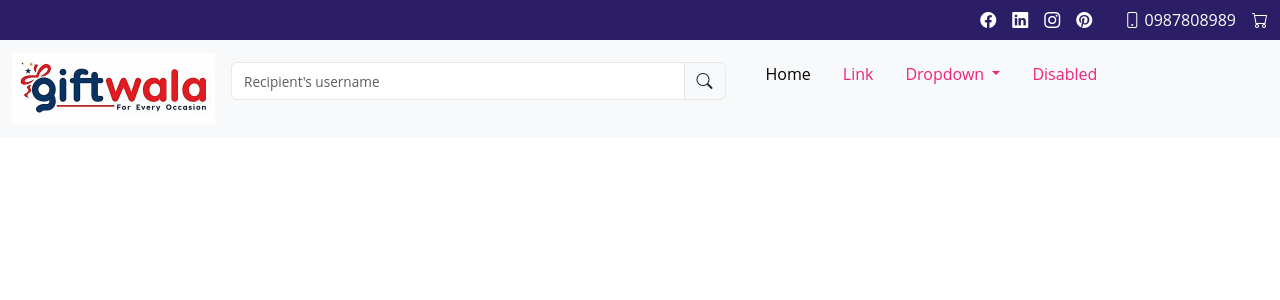
Repository: mangalravi/GiftWala
Page: index.html
An editor plug-in stored every save of this project. The page is shown before and after the next save, followed by the edit.
The browser window is 1280 px wide. The pictures show the whole page.
The style sheet was rebuilt from its Sass, Less or Tailwind sources for each picture, by a compiler version that may differ from the author's.

Above is the page before, as saved 2024-07-07 15:59:17.

### index.html
<!DOCTYPE html>
<html lang="en">
  <head>
    <meta charset="UTF-8" />
    <meta name="viewport" content="width=device-width, initial-scale=1.0" />
    <title>GiftWala</title>

    <link
      rel="apple-touch-icon"
      sizes="180x180"
      href="content/images/fabicon.png"
      alt="fabicon"
    />
    <link
      rel="icon"
      type="image/png"
      sizes="32x32"
      href="content/images/fabicon.png"
      alt="fabicon"
    />
    <link
      rel="icon"
      type="image/png"
      sizes="16x16"
      href="content/images/fabicon.png"
      alt="fabicon"
    />
    <link
      rel="publication"
      href=""
      crossorigin="use-credentials"
      type="application/manifest+json"
    />
    <meta name="msapplication-TileColor" content="#da532c" />
    <meta name="theme-color" content="#ffffff" />

    <link rel="icon" href="content/images/logo/favicon.png" type="image/png" />
    <link rel="stylesheet" href="content/css/bootstrap-icons.css" />
    <link rel="stylesheet" href="content/bootstrap/css/bootstrap.min.css" />
    <link rel="stylesheet" href="content/css/font-family.css" />
    <link rel="stylesheet" href="content/css/aos.css" />
    <link rel="stylesheet" href="content/css/custom.css" />
  </head>
  <body>
    <header>
      <div class="tophdr">
        <div class="container-fluid d-flex justify-content-end">
          <ul class="tpmnul">
            <li>
              <ul class="social-link">
                <li>
                  <a
                    href="#"
                    rel="noopener noreferrer"
                    target="_blank"
                    aria-label="Facebook"
                    class="fb"
                    ><i class="bi bi-facebook"></i
                  ></a>
                </li>
                <li>
                  <a
                    href="#"
                    rel="noopener noreferrer"
                    target="_blank"
                    aria-label="Linkedin"
                    class="in"
                    ><i class="bi bi-linkedin"></i
                  ></a>
                </li>
                <li>
                  <a
                    href="#"
                    rel="noopener noreferrer"
                    target="_blank"
                    aria-label="Instagram"
                    class="inta"
                    ><i class="bi bi-instagram"></i
                  ></a>
                </li>
                <li>
                  <a
                    href="#"
                    rel="noopener noreferrer"
                    target="_blank"
                    aria-label="Pinterest"
                    class="inta"
                    ><i class="bi bi-pinterest"></i
                  ></a>
                </li>
                <li>
                  <a
                    href="#"
                    rel="noopener noreferrer"
                    target="_blank"
                    aria-label="Threads"
                    class="in"
                    ><i class="bi bi-threads"></i
                  ></a>
                </li>
              </ul>
            </li>
            <li>
              <a href="#">
                <i class="bi bi-phone"></i>
                <span>0987808989</span>
              </a>
            </li>
            <li>
              <a href="#">
                <i class="bi bi-cart"></i>
              </a>
            </li>
          </ul>
        </div>
      </div>
      <nav class="navbar navbar-expand-lg bg-body-tertiary">
        <div class="container-fluid">
          <a class="navbar-brand" href="#">
            <img src="content/images/logo.jpg" alt="logo" />
          </a>
          <button
            class="navbar-toggler"
            type="button"
            data-bs-toggle="collapse"
            data-bs-target="#navbarSupportedContent"
            aria-controls="navbarSupportedContent"
            aria-expanded="false"
            aria-label="Toggle navigation"
          >
            <span class="navbar-toggler-icon"></span>
          </button>
          <div class="collapse navbar-collapse" id="navbarSupportedContent">
            <div class="row w-100">
              <div class="col-sm-6">
                <form class="d-flex" role="search">
                  <div class="input-group mb-3">
                    <input
                      type="text"
                      class="form-control"
                      placeholder="Recipient's username"
                      aria-label="Recipient's username"
                      aria-describedby="basic-addon2"
                    />
                    <span class="input-group-text" id="basic-addon2">
                      <i class="bi bi-search"></i>
                    </span>
                  </div>
                </form>
              </div>
              <div class="col-sm-6">
                <ul class="navbar-nav mb-2 mb-lg-0">
                  <li class="nav-item">
                    <a class="nav-link active" aria-current="page" href="#"
                      >Home</a
                    >
                  </li>
                  <li class="nav-item">
                    <a class="nav-link" href="#">Link</a>
                  </li>
                  <li class="nav-item dropdown">
                    <a
                      class="nav-link dropdown-toggle"
                      href="#"
                      role="button"
                      data-bs-toggle="dropdown"
                      aria-expanded="false"
                    >
                      Dropdown
                    </a>

                    <ul class="dropdown-menu">
                      <li><a class="dropdown-item" href="#">Action</a></li>
                      <li>
                        <a class="dropdown-item" href="#">Another action</a>
                      </li>
                      <li><hr class="dropdown-divider" /></li>
                      <li>
                        <a class="dropdown-item" href="#"
                          >Something else here</a
                        >
                      </li>
                    </ul>
                  </li>
                  <li class="nav-item">
                    <a class="nav-link disabled" aria-disabled="true"
                      >Disabled</a
                    >
                  </li>
                </ul>
              </div>
            </div>
          </div>
        </div>
      </nav>
    </header>

    <!--
<footer>
  <div class="container">
    <div class="row mb-4">
      <div class="col-sm-6 col-md-2 d-flex">
        <div class="hdr-img mb-4">
          <img src="hdr-logo" alt="hdr-logo">
        </div>
      </div>
      <div class="col-md-7">
        <div class="row">
            <div class="col-3">
              <ul>
                <li><a href="aboutus.html">About Us</a></li>
                <li><a href="contact-us.html">Contact Us</a></li>
                <li><a href="faq.html">FAQ</a></li>
              </ul>
            </div>
            <div class="col-4">
              <ul>
                <li><a href="term-and-condition.html">Terms of Purchase</a></li>
                <li><a href="item-condition.html">Items Condition</a></li>
                <li><a href="privacy-policy.html">Privacy Policy</a></li>
              </ul>
            </div>
            <div class="col-5">
              <ul class="mailli">
                <li><a href="tel:1800-419-0431"><i class="bi bi-telephone-fill"></i> 1800-419-0431</a></li>
                <li><a href="mailto: support@b2bstop.com"><i class="bi bi-envelope"></i>  support@b2bstop.com</a></li>
              </ul>
            </div>
         </div>

      </div>
      <div class="col-sm-6 col-md-3 d-flex">
        <div class="adrs">
          <a href="http://maps.google.com/?q=1200 Pennsylvania Ave SE, Washington, District of Columbia, 20003"">
            <i class="bi bi-geo-alt-fill"></i>
            No. 565, Axis Pennmark building, 2nd, 3rd & 4th Floor, 9th cross road, Sarakki, 3rd phase, JP Nagar, Bangalore, Karnataka - 560078
          </a>
        </div>
      </div>
    </div>
    <div class="btn-hdng">
      <p class="text-center">© b2bstop - Trade mark of Green Enabled IT Solutions Pvt. Ltd</p>
    </div>
  </div>
</footer> -->

    <script src="content/js/jquery.min.js"></script>
    <script src="content/js/slick.js"></script>
    <script src="content/js/aos.js"></script>
    <script src="content/bootstrap/js/bootstrap.bundle.min.js"></script>
    <script src="content/js/custom.js"></script>
    <script>
      AOS.init();
    </script>
  </body>
</html>

### content/css/font-family.css
@font-face {
  font-family: "OpenSans";
  font-style: normal;
  font-weight: 400;
  src: url("../fonts/Open_Sans/static/OpenSans-Regular.ttf") format("truetype");
  font-display: swap;
}

@font-face {
  font-family: "OpenSans";
  font-style: normal;
  font-weight: 500;
  src: url("../fonts/Open_Sans/static/OpenSans-Medium.ttf") format("truetype");
  font-display: swap;
}

@font-face {
  font-family: "OpenSans";
  font-style: normal;
  font-weight: 600;
  src: url("../fonts/Open_Sans/static/OpenSans-SemiBold.ttf") format("truetype");
  font-display: swap;
}

@font-face {
  font-family: "OpenSans";
  font-style: normal;
  font-weight: 700;
  src: url("../fonts/Open_Sans/static/OpenSans-Bold.ttf") format("truetype");
  font-display: swap;
}

### content/js/custom.js
$(".projetos-slider").slick({
  slidesToShow: 1,
  slidesToScroll: 1,
  autoplay: true,
  autoplaySpeed: 1000,
  arrows: false,
  dots: false,
  adaptiveHeight: true,
  speed: 1500,
  responsive: [
    {
      breakpoint: 1121,
      settings: {
        slidesToShow: 1,
        autoplay: true,
        adaptiveHeight: true,
      },
    },
    {
      breakpoint: 768,
      settings: {
        slidesToShow: 1,
        autoplay: true,
        adaptiveHeight: true,
      },
    },
  ],
});

### content/css/custom.scss
:root {
  --bs-primary: #2b1e66;
  --bs-secondary: #ed247c;
  --bs-heading: #333333;
  --bs-para: #595657;
  --bs-border-color: #e8e8e8;
  --bs-root-font-size: 16px;
  --bs-body-font-family: 'Open Sans', sans-serif;
}

:after,
:before,
* {
  box-sizing: border-box;
}

.bi,
.btn,
.h1,
.h2,
.h3,
.h4,
.h5,
.h6,
:after,
:before,
a,
button,
h1,
h2,
h3,
h4,
h5,
h6,
img,
input,
li,
p,
select,
span,
textarea {
  transition: 0.5s ease-out;
}

ul {
  padding: 0;
  margin: 0;

  li {
    list-style: none;
  }
}

body {
  margin: 0;
  font-family: var(--bs-body-font-family);
  overflow-x: hidden;
  font-size: 16px;
  position: inherit !important;
}

.overflow-x-hidden {
  overflow-x: hidden;
}

.h1,
.h2,
.h3,
.h4,
.h5,
.h6,
h1,
h2,
h3,
h4,
h5,
h6 {
  font-family: var(--bs-body-font-family);
  font-weight: 600;
  margin-bottom: 1rem;
  line-height: 1.35;
  color: var(--bs-secondary);
}

.btn {
  padding: 0.65rem 0.6rem;
  font-size: 0.65rem;
  text-transform: uppercase;
  transition: all 0.25s;
  border-radius: 0.35rem;
  height: 37.72px;
  font-weight: 600;
}

.btn-secondary-fill {
  background: var(--bs-secondary);
  border: 1px solid var(--bs-secondary);
  color: #fff;

  &:hover {
    background: var(--bs-secondary);
    border: 1px solid var(--bs-secondary);
    color: #fff;
  }
}


input {
  &::placeholder {
    font-size: 0.85rem;
    color: #000;
  }
}

.form-group {
  width: 100%;
  border: 1px solid #e1e1e2;
  border-radius: 0.25rem;
  padding: 0.25rem 1rem;

  &::placeholder {
    font-size: 1rem;
    color: #aeb3b3;
  }

  &::focus {
    outline: none;
    border: 1px solid var(--bs-primary);
  }
}

img {
  object-fit: contain;
  max-width: 100%;
}

.btn-primary {
  color: #fff;
  background-color: var(--bs-primary);
  border: 1px solid var(--bs-primary);
}

.btn-secondary {
  color: var(--bs-secondary);
  background-color: transparent;
  border: 1px solid var(--bs-secondary);

  &:hover {
    border-radius: 0.5rem;
    color: #fff;
    background-color: var(--bs-secondary);
    border-color: transparent;
    transition: all 0.8s;
  }

  &:focus {
    color: #fff;
    background-color: var(--bs-secondary);
    border-color: transparent;
  }
}

.btn-primary {

  &:hover,
  &:focus {
    color: #fff;
    background-color: var(--bs-primary);
    outline: 0;
    box-shadow: none;
    border-color: transparent;
  }
}

.btn-main {
  &:hover {
    background: #fff;
    color: var(--bs-secondary);
  }
}

.nav-item {
  padding: 0 0.5rem;
  color: #333333ad;
  font-weight: 500;

  .nav-link {
    padding: 0 0.5rem;
    color: var(--bs-secondary);
  }

}

a {
  &:hover {
    color: var(--bs-primary);
    text-decoration: none;
  }
}

svg,
img {
  vertical-align: middle;
}

section,
footer {
  padding: 50px 0;
}

.socilhdr {
  display: flex;
  justify-content: flex-end;
  gap: 1.5rem;
  padding: 0;

  li {
    list-style-type: none;
  }
}

.tophdr {
  padding: 0.5rem 0;
  background: var(--bs-primary);

  .tpmnul {
    display: flex;
    align-items: center;
    gap: 1rem;
    color: #fff;

    a {
      color: #fff;
      text-decoration: none;
    }

    .social-link {
      display: flex;
      align-items: center;
      gap: 1rem;

      li {
        a {
          color: #fff;
        }
      }
    }
  }
}

Loaded but not shown: content/css/bootstrap-icons.css (library); content/bootstrap/css/bootstrap.min.css (library); content/css/aos.css (library); content/js/jquery.min.js (library); content/js/slick.js (library); content/js/aos.js (library); content/bootstrap/js/bootstrap.bundle.min.js (library)

After the next save:
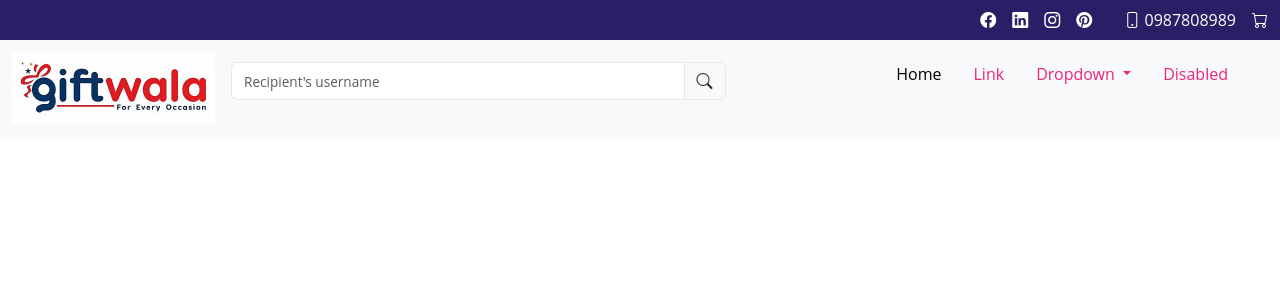
Saved 33 s later.
--- a/index.html
+++ b/index.html
@@ -149,7 +149,7 @@
                 </form>
               </div>
               <div class="col-sm-6">
-                <ul class="navbar-nav mb-2 mb-lg-0">
+                <ul class="navbar-nav mb-2 mb-lg-0 justify-content-end">
                   <li class="nav-item">
                     <a class="nav-link active" aria-current="page" href="#"
                       >Home</a
